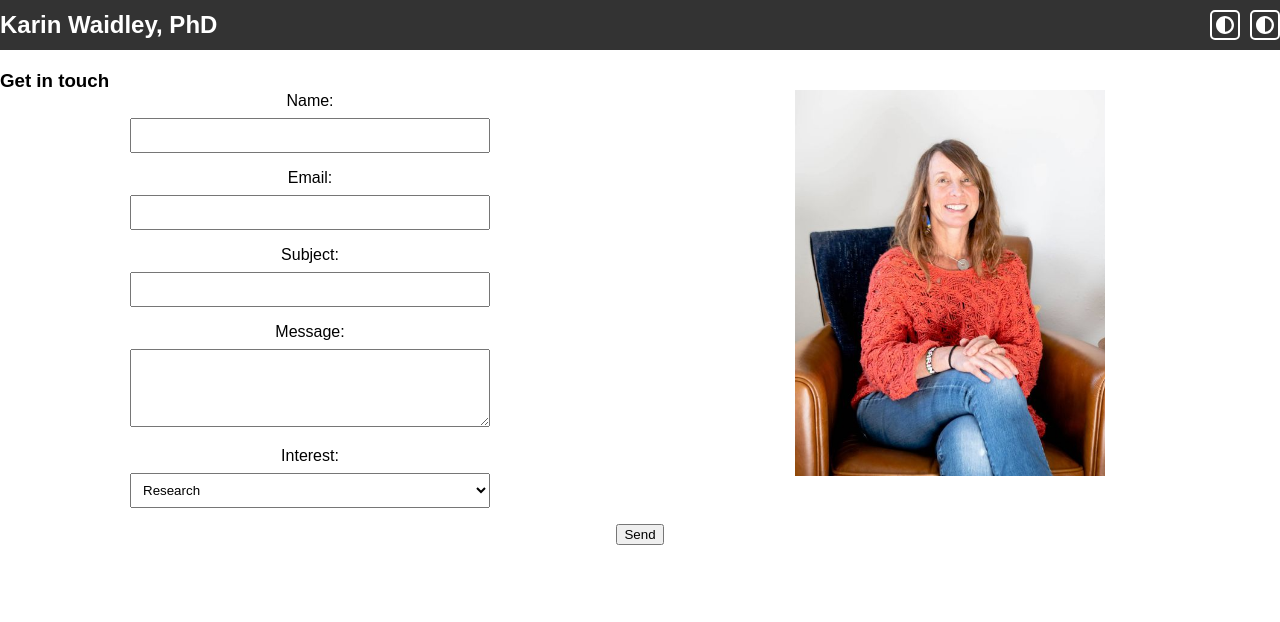
Repository: Ceasor7/Karin
Page: contact.html
An editor plug-in stored every save of this project. The page is shown before and after the next save, followed by the edit.
The browser window is 1280 px wide. The pictures show the whole page.

Above is the page before, as saved 2023-12-14 13:16:41.

After the next save:
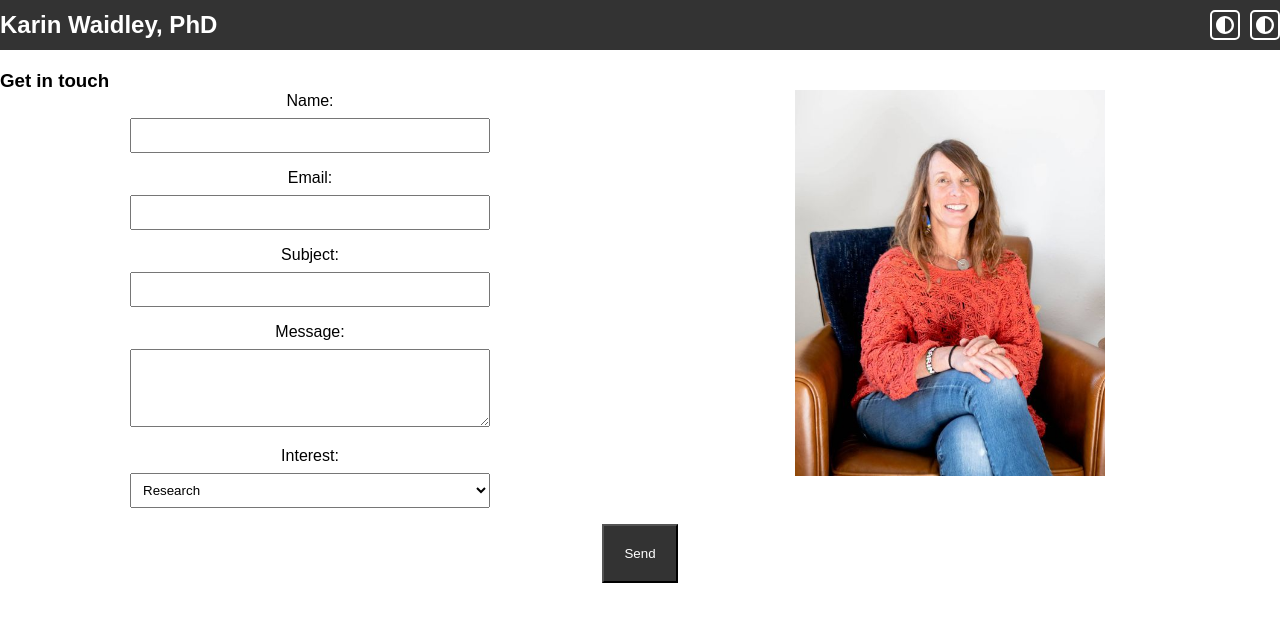
Saved 53 s later.
--- a/contact.html
+++ b/contact.html
@@ -110,6 +110,12 @@
         .form-button {
             text-align: center;
         }
+
+        .formSend-button {
+            padding: 20px;
+            background-color: #333;
+            color: white;
+        }
     </style>
 </head>
 
